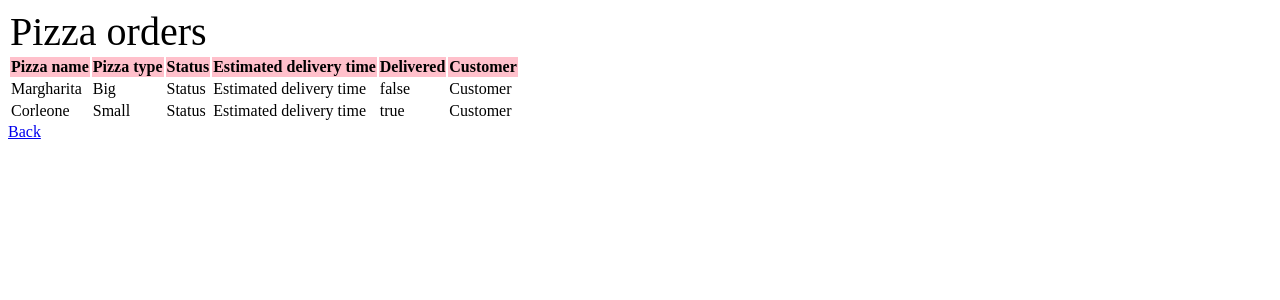
Repository: lukas77pro/html_css_js
Page: html/Test/WebContent/Tabela.html
The author's editor kept a copy of each file at every save. The page is drawn from the files as they stood at one save, then again after the next save.
The browser window is 1280 px wide. The pictures show the whole page.
The pointer rests on the first visible `tr:nth-child(odd)`.

Above is the page before, as saved 2015-07-10 13:14:23.

After the next save:
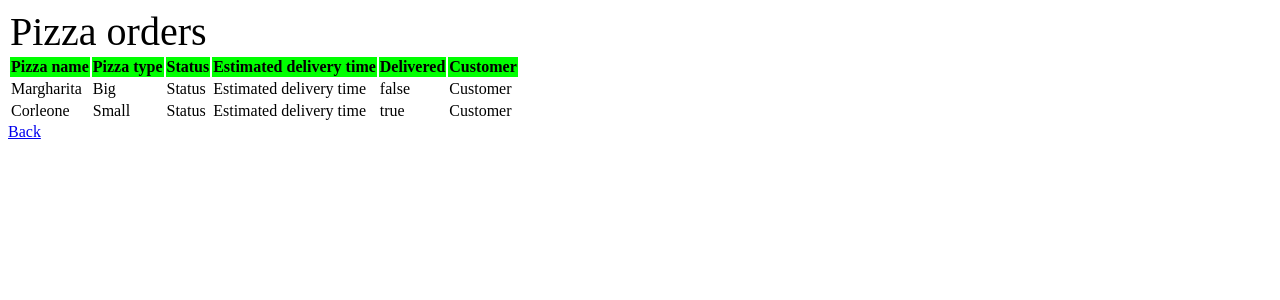
Saved 4 s later.
--- a/html/Test/WebContent/Styl.css
+++ b/html/Test/WebContent/Styl.css
@@ -28,5 +28,5 @@ tr:nth-child(even):hover {
   background: pink;
 }
 tr:nth-child(odd):hover {
-  background: pink;
+  background: lime;
 }
